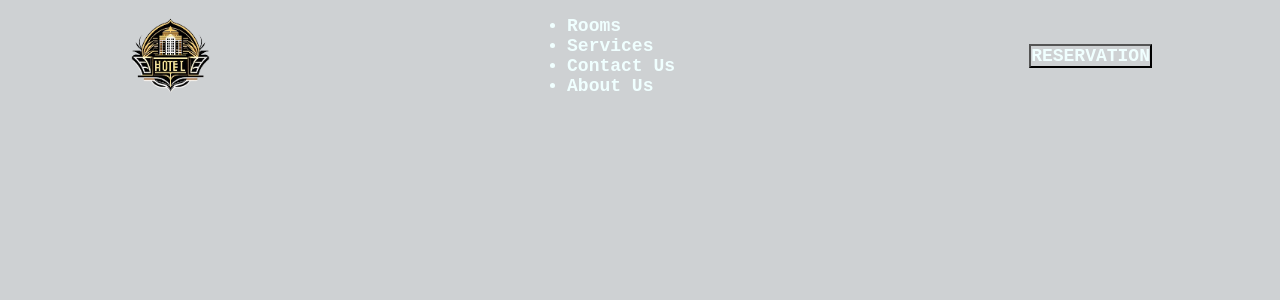
Repository: DhananjayaLakshan/Uom-Web_Design_For_Beginners
Page: Final Assignment/index.html
The author's editor kept a copy of each file at every save. The page is drawn from the files as they stood at one save, then again after the next save.
The browser window is 1280 px wide. The pictures show the whole page.

Above is the page before, as saved 2023-11-29 13:51:16.

After the next save:
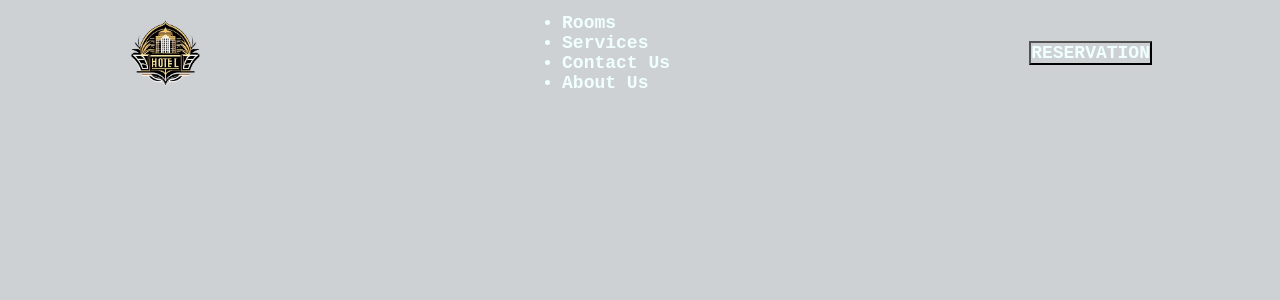
Saved 6 s later.
--- a/Final Assignment/style.css
+++ b/Final Assignment/style.css
@@ -22,5 +22,5 @@ header{
 }
 
 .logo{
-    width: 85px;
+    width: 75px;
 }
